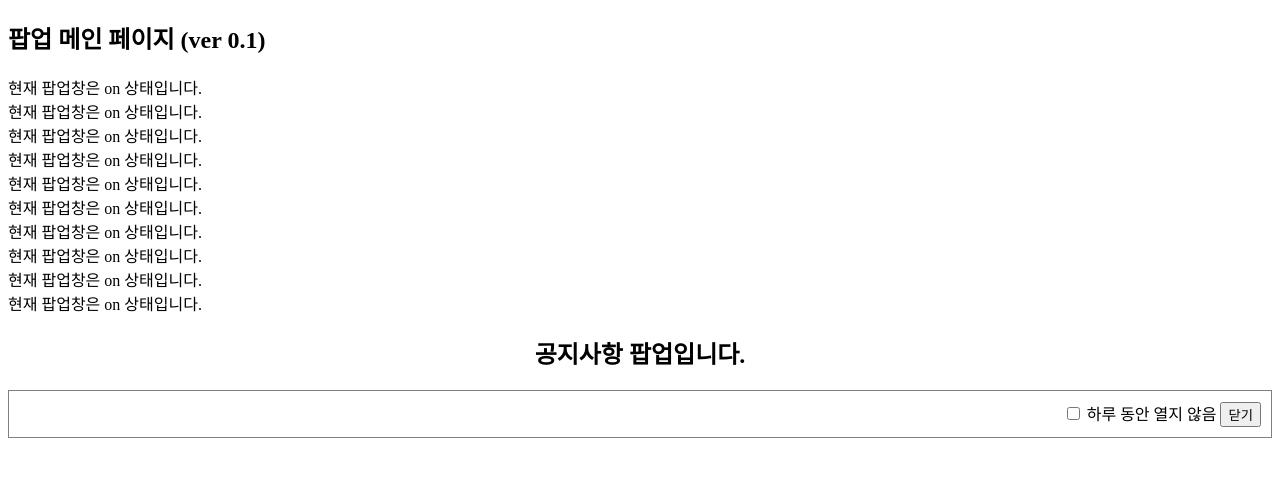
Repository: Charles0304/JSP
Page: http://localhost/MustHaveJSP/04Cookie/PopupMain_0.1.jsp
The author's editor kept a copy of each file at every save. The page is drawn from the files as they stood at one save, then again after the next save.
The browser window is 1280 px wide. The pictures show the whole page.
The page is served by Tomcat 10. Nobody is signed in. The application's start-up code is not run.

Above is the page before, as saved 2024-04-18 06:15:54.
Console error: SyntaxError: missing ) after argument list

After the next save:
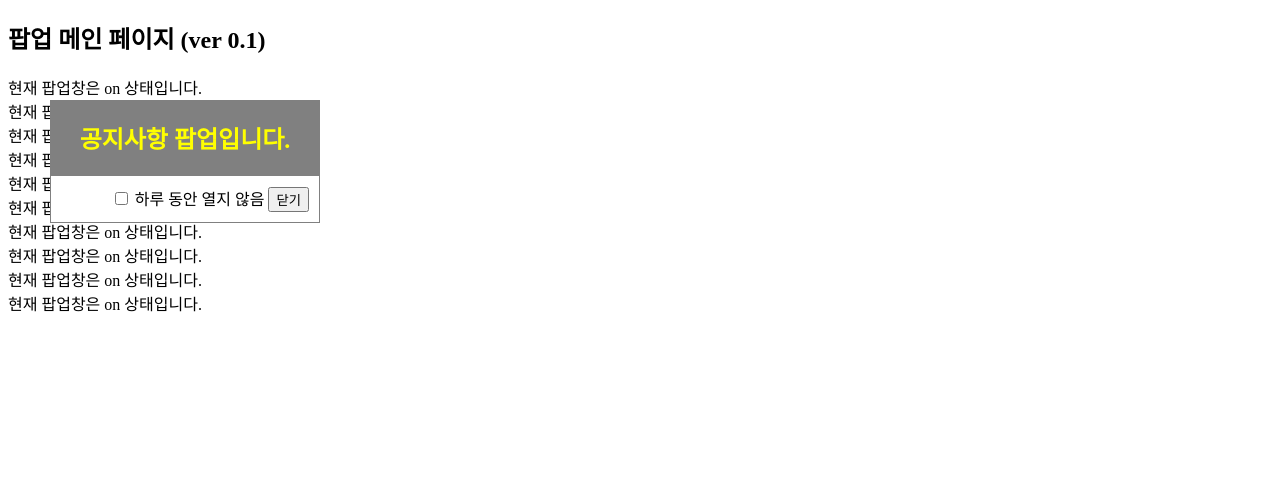
Saved 26 s later.
--- a/MustHaveJSP/src/main/webapp/04Cookie/PopupMain_0.1.jsp
+++ b/MustHaveJSP/src/main/webapp/04Cookie/PopupMain_0.1.jsp
@@ -9,7 +9,7 @@ String popupMode = "on";
 <meta charset="UTF-8">
 <title>쿠키를 이용한 팝업 관리 ver 0.1</title>
 <style type="text/css">
-duv#popup {
+div#popup {
 	position: absolute;
 	top: 100px;
 	left: 50px;
